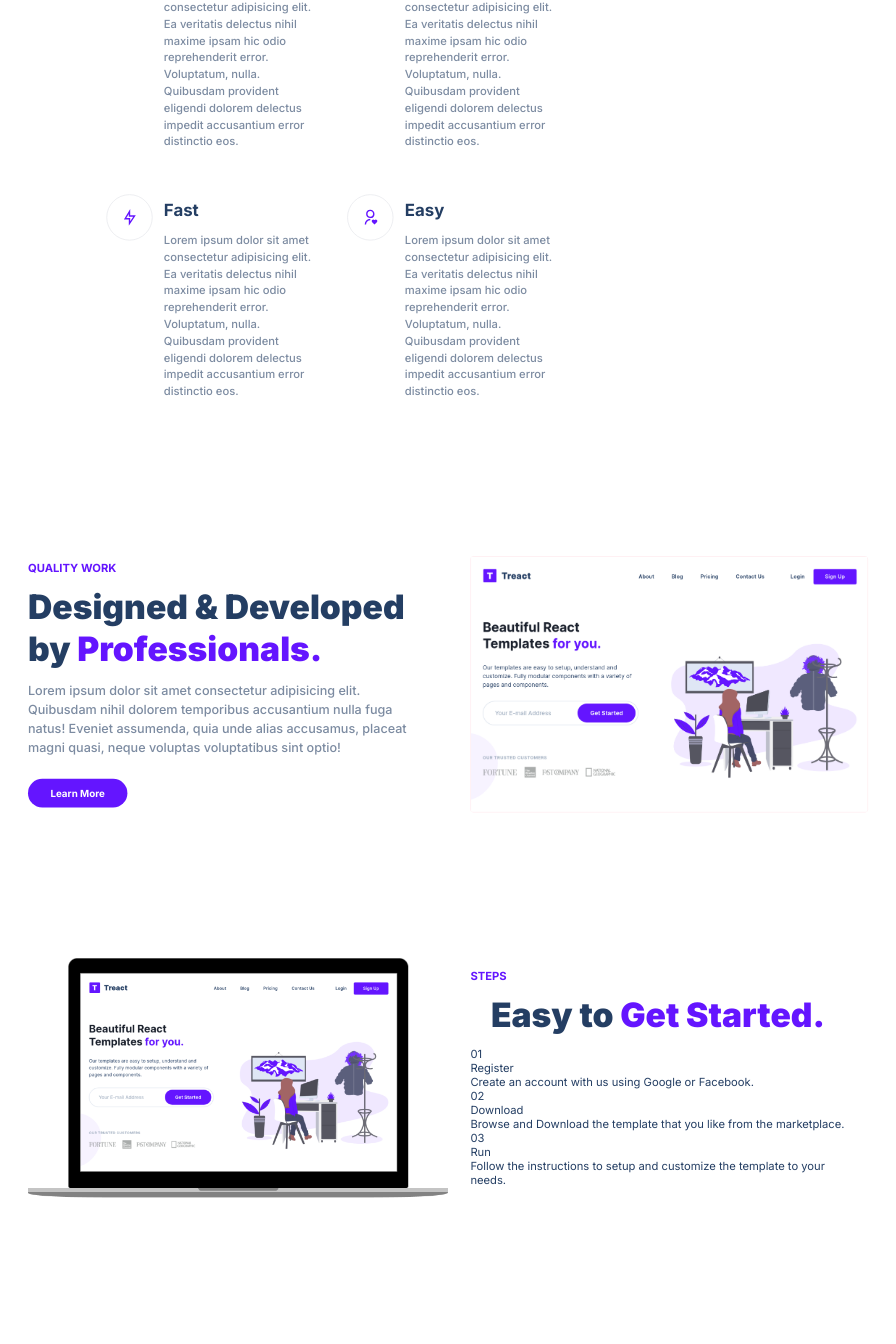
Repository: avivanguyen/m2_fianlProject
Page: index.html
These files come from the project's save history. The page is drawn as it stood at one moment and after a run of saves; the edit follows.
The browser window is 1280 px wide. The pictures show the part of the page from y = 1541 to 3461 px (the page is 3461 px tall), at 70% of full size.
Some web libraries are served in a nearby version.

Above is the page before, as saved 2025-12-09 02:27:15.

After the next 4 saves:
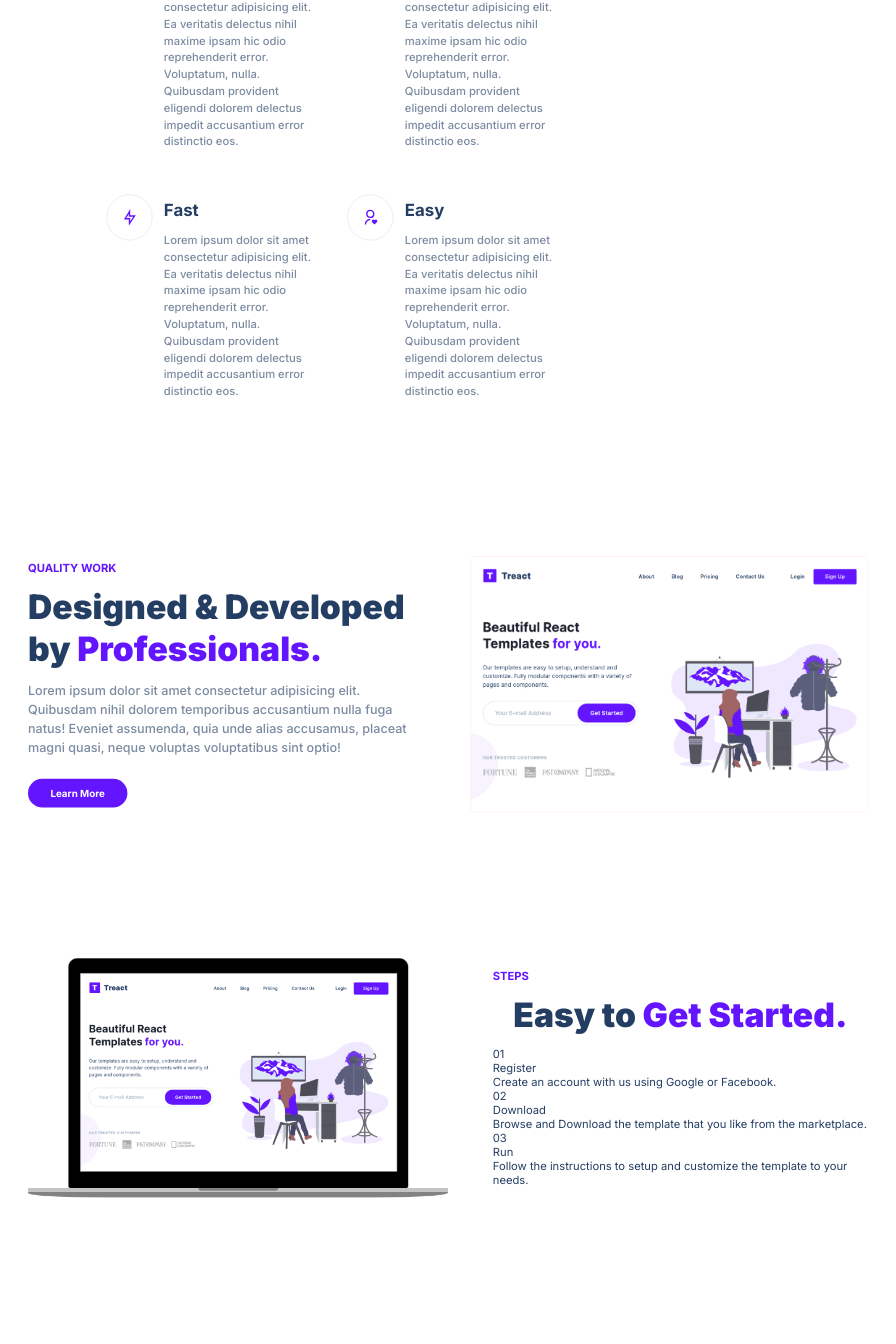
The 4 saves are shown as one change because they came seconds apart.
The last was saved 12 s later.
--- a/styles.css
+++ b/styles.css
@@ -355,5 +355,6 @@ Steps styling
 
 .steps__description {
     width: 50%;
-    padding: 32px;
-}
+    padding: 32px 0;
+    padding-left: 64px;
+}
